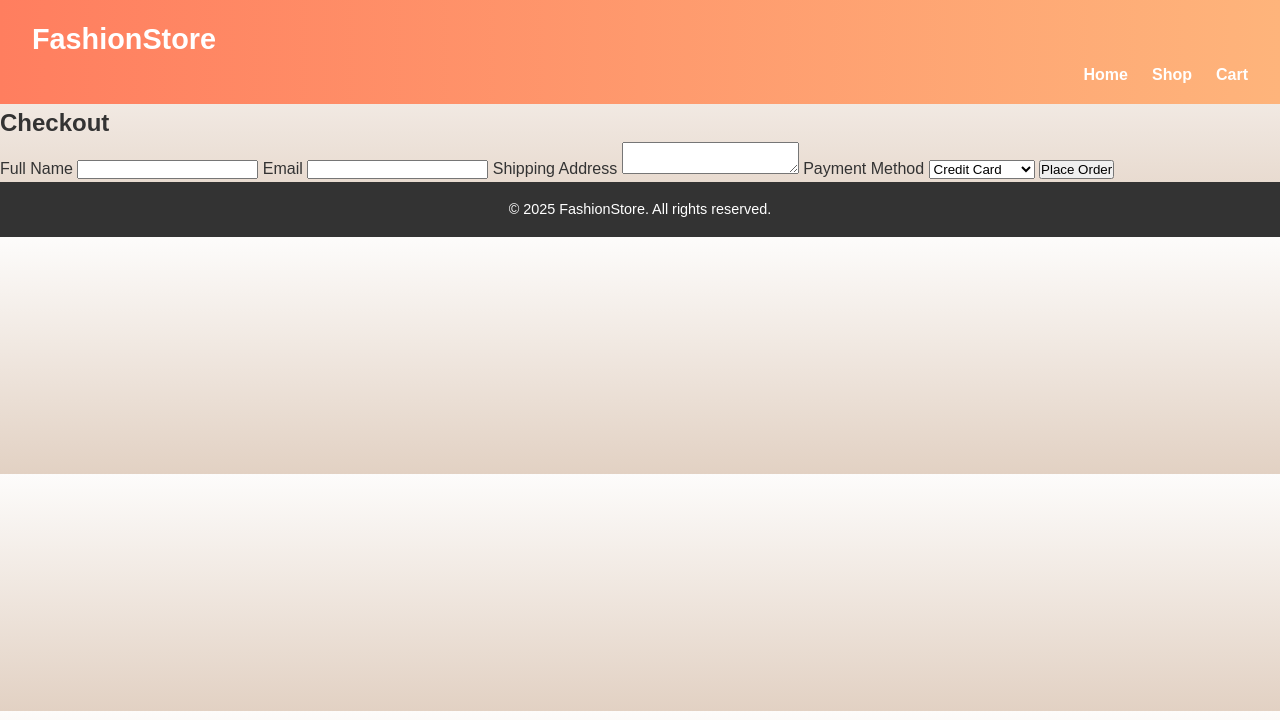
Repository: Patience225/ecommerce-app
Page: checkout.html
The author's editor kept a copy of each file at every save. The page is drawn from the files as they stood at one save, then again after the next save.
The browser window is 1280 px wide. The pictures show the whole page.

Above is the page before, as saved 2025-01-28 01:46:11.

### checkout.html
<!DOCTYPE html>
<html lang="en">
<head>
  <meta charset="UTF-8">
  <meta name="viewport" content="width=device-width, initial-scale=1.0">
  <title>Fashion Store | Checkout</title>
  <link rel="stylesheet" href="css/styles.css">
</head>
<body>
  <header>
    <nav>
      <div class="logo">FashionStore</div>
      <ul class="nav-links">
        <li><a href="index.html">Home</a></li>
        <li><a href="products.html">Shop</a></li>
        <li><a href="cart.html">Cart</a></li>
      </ul>
    </nav>
  </header>

  <main>
    <!-- Checkout Section -->
    <section class="checkout">
      <h2>Checkout</h2>
      <form id="checkout-form">
        <div class="checkout-details">
          <label for="name">Full Name</label>
          <input type="text" id="name" name="name" required>

          <label for="email">Email</label>
          <input type="email" id="email" name="email" required>

          <label for="address">Shipping Address</label>
          <textarea id="address" name="address" required></textarea>

          <label for="payment-method">Payment Method</label>
          <select id="payment-method" name="payment-method" required>
            <option value="credit-card">Credit Card</option>
            <option value="paypal">PayPal</option>
            <option value="bank-transfer">Bank Transfer</option>
          </select>

          <button type="submit" class="checkout-button">Place Order</button>
        </div>
      </form>
    </section>
  </main>

  <footer>
    <p>&copy; 2025 FashionStore. All rights reserved.</p>
  </footer>

  <script src="js/checkout.js"></script>
</body>
</html>

### css/styles.css
/* General Reset */
* {
  margin: 0;
  padding: 0;
  box-sizing: border-box;
}
body {
  font-family: 'Arial', sans-serif;
  line-height: 1.6;
  color: #333;
  background: linear-gradient(to bottom, #fdfcfb, #e2d1c3);
  overflow-x: hidden;
}

/* Header */
header {
  background: linear-gradient(to right, #ff7e5f, #feb47b);
  color: white;
  padding: 1rem 2rem;
}
header .logo {
  font-size: 1.8rem;
  font-weight: bold;
}
header .nav-links {
  display: flex;
  list-style: none;
  gap: 1.5rem;
  justify-content: flex-end;
}
header .nav-links li a {
  text-decoration: none;
  color: white;
  font-weight: bold;
  transition: color 0.3s;
}
header .nav-links li a:hover {
  color: #333;
}

/* Hero Section */
.hero {
  text-align: center;
  padding: 3rem 1rem;
  background: linear-gradient(to right, #ffecd2, #fcb69f);
  color: #333;
}
.hero h1 {
  font-size: 2.5rem;
  margin-bottom: 1rem;
}
.hero p {
  margin-bottom: 1.5rem;
  font-size: 1.2rem;
}
.hero .cta-button {
  text-decoration: none;
  padding: 0.8rem 2rem;
  background: #ff7e5f;
  color: white;
  font-weight: bold;
  border-radius: 25px;
  transition: background 0.3s;
}
.hero .cta-button:hover {
  background: #feb47b;
}

/* Categories Section */
.categories {
  padding: 2rem 1rem;
  text-align: center;
}
.categories h2 {
  margin-bottom: 2rem;
  font-size: 2rem;
}
.category-grid {
  display: flex;
  gap: 1.5rem;
  justify-content: center;
  flex-wrap: wrap;
}
.category-item {
  flex: 1 1 calc(40% - 2rem);
  max-width: 400px;
  overflow: hidden;
  border-radius: 15px;
  box-shadow: 0 4px 8px rgba(0, 0, 0, 0.1);
  transition: transform 0.3s;
}
.category-item img {
  width: 100%;
  height: auto;
  display: block;
}
.category-item .category-link {
  display: block;
  padding: 1rem;
  text-decoration: none;
  font-weight: bold;
  color: white;
  background: #333;
  text-align: center;
}
.category-item:hover {
  transform: scale(1.05);
}

/* Featured Products Section */
.featured-products {
  padding: 2rem 1rem;
  background: linear-gradient(to bottom, #e2d1c3, #f7f1e3);
  text-align: center;
}
.featured-products h2 {
  margin-bottom: 2rem;
  font-size: 2rem;
}
.product-grid {
  display: flex;
  gap: 1.5rem;
  justify-content: center;
  flex-wrap: wrap;
}
.product-grid .product {
  flex: 1 1 calc(30% - 2rem);
  max-width: 300px;
  overflow: hidden;
  border-radius: 15px;
  box-shadow: 0 4px 8px rgba(0, 0, 0, 0.1);
  text-align: center;
  background: white;
  transition: transform 0.3s;
}
.product-grid .product img {
  width: 100%;
  height: auto;
  display: block;
}
.product-grid .product h3 {
  margin: 1rem 0;
}
.product-grid .product p {
  color: #666;
  margin-bottom: 1rem;
}
.product-grid .product button {
  padding: 0.8rem 1.5rem;
  background: #ff7e5f;
  border: none;
  color: white;
  font-weight: bold;
  border-radius: 25px;
  cursor: pointer;
  transition: background 0.3s;
}
.product-grid .product button:hover {
  background: #feb47b;
}

/* Footer */
footer {
  text-align: center;
  padding: 1rem;
  background: #333;
  color: white;
  font-size: 0.9rem;
}

### js/checkout.js
document.addEventListener('DOMContentLoaded', () => {
  const checkoutForm = document.getElementById('checkout-form');

  checkoutForm.addEventListener('submit', (event) => {
    event.preventDefault();

    const name = document.getElementById('name').value;
    const email = document.getElementById('email').value;
    const address = document.getElementById('address').value;
    const paymentMethod = document.getElementById('payment-method').value;

    // Save order to local storage (or could be saved to a server in real apps)
    const orderDetails = {
      name,
      email,
      address,
      paymentMethod,
      cart: JSON.parse(localStorage.getItem('cart')),
    };

    localStorage.setItem('order', JSON.stringify(orderDetails));

    // Clear the cart
    localStorage.removeItem('cart');

    // Redirect to thank you page
    window.location.href = 'thankyou.html';
  });
});

After the next save:
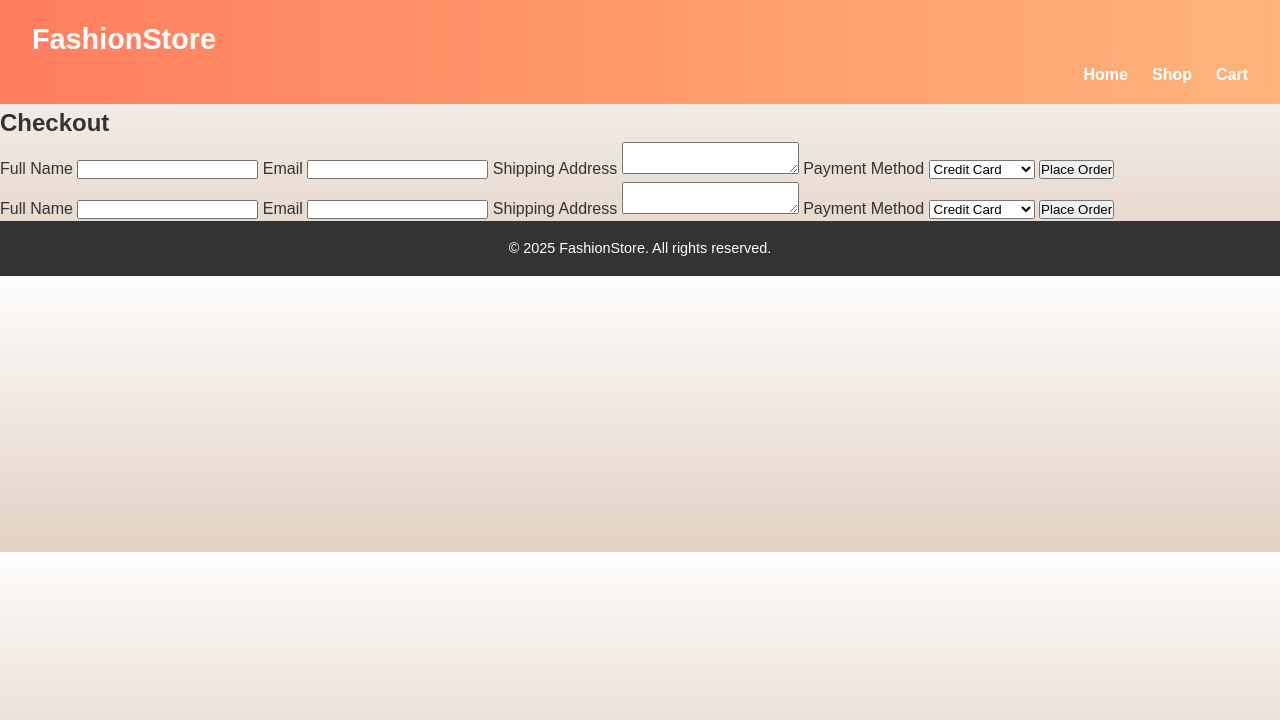
Saved 72 s later.
--- a/checkout.html
+++ b/checkout.html
@@ -45,6 +45,32 @@
       </form>
     </section>
   </main>
+<!-- Same structure as previous checkout page -->
+<form id="checkout-form" novalidate>
+  <div class="checkout-details">
+    <label for="name">Full Name</label>
+    <input type="text" id="name" name="name" required>
+    <span class="error-message" id="name-error"></span>
+
+    <label for="email">Email</label>
+    <input type="email" id="email" name="email" required>
+    <span class="error-message" id="email-error"></span>
+
+    <label for="address">Shipping Address</label>
+    <textarea id="address" name="address" required></textarea>
+    <span class="error-message" id="address-error"></span>
+
+    <label for="payment-method">Payment Method</label>
+    <select id="payment-method" name="payment-method" required>
+      <option value="credit-card">Credit Card</option>
+      <option value="paypal">PayPal</option>
+      <option value="bank-transfer">Bank Transfer</option>
+    </select>
+    <span class="error-message" id="payment-error"></span>
+
+    <button type="submit" class="checkout-button">Place Order</button>
+  </div>
+</form>
 
   <footer>
     <p>&copy; 2025 FashionStore. All rights reserved.</p>
